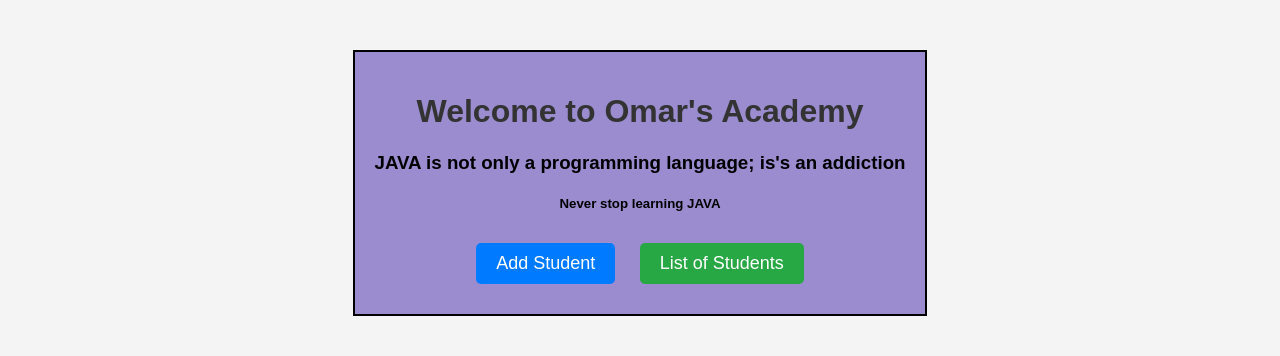
Repository: OmarFaruq97/JspServlet
Page: http://localhost/Form/
These files come from the project's save history. The page is drawn as it stood at one moment and after the next save; the edit follows.
The browser window is 1280 px wide. The pictures show the whole page.
The page is served by Tomcat 9. Other server files are loaded and not shown.

Above is the page before, as saved 2025-02-07 16:33:40.

### Form/src/main/webapp/index.jsp
<%@ page language="java" contentType="text/html; charset=UTF-8"  pageEncoding="UTF-8"%>
<!DOCTYPE html>
<html lang="en">
<head>
<meta charset="UTF-8">
<title>Home Page</title>
    <style >
    	body {
    font-family: Arial, sans-serif;
    text-align: center;
    background-color: #f4f4f4;
    margin: 0;
    padding: 0;
}

.container {
    margin-top: 50px;
    border: 2px solid black;
    padding: 20px;
    display: inline-block;
     transition: all 0.3s ease;
     background-color: #9a8ccf;
}
.container:hover {
    background-color: #f0f0f0; /* Change the background color on hover */
    border-color: #007BFF; /* Change the border color on hover */
}


h1 {
    color: #333;
}

.buttons {
    margin-top: 20px;
}

.buttons a {
    display: inline-block;
    padding: 10px 20px;
    text-decoration: none;
    font-size: 18px;
    border-radius: 5px;
    margin: 10px;
    color: white;
}

.blue-btn {
    background-color: #007BFF;
}

.green-btn {
    background-color: #28A745;
}

.yellow-btn {
    background-color: #FFC107;
}

    </style>
</head>
<body>
    <div class="container">
        <h1>Welcome to Omar's  Academy</h1>
        <h3>JAVA is not only a programming language; is's an addiction</h3>
        <h5>Never stop learning JAVA</h5>
        <div class="buttons">
            <a class="blue-btn" href="pages/MainForm.jsp">Add Student</a>
            <a class="green-btn" href="pages/list-students.jsp">List of Students</a>
            <!-- <a class="yellow-btn" href="pages/update-student.jsp">Update Student</a> -->
        </div>
    </div>
</body>
</html>

After the next save:
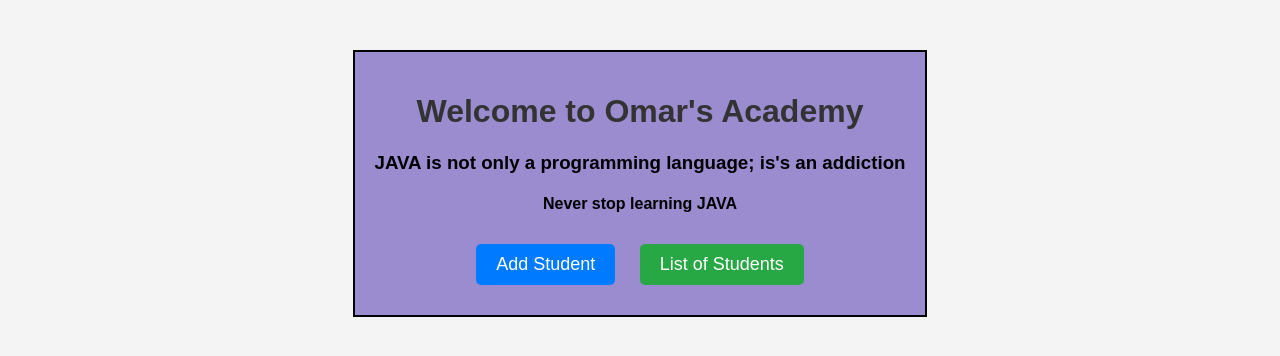
Saved 28 s later.
--- a/Form/src/main/webapp/index.jsp
+++ b/Form/src/main/webapp/index.jsp
@@ -63,7 +63,7 @@
     <div class="container">
         <h1>Welcome to Omar's  Academy</h1>
         <h3>JAVA is not only a programming language; is's an addiction</h3>
-        <h5>Never stop learning JAVA</h5>
+        <h4>Never stop learning JAVA</h4>
         <div class="buttons">
             <a class="blue-btn" href="pages/MainForm.jsp">Add Student</a>
             <a class="green-btn" href="pages/list-students.jsp">List of Students</a>
